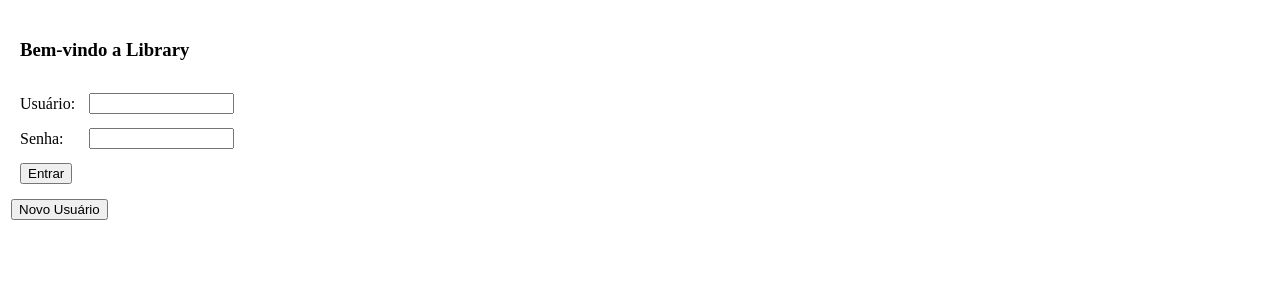
Repository: lmsmorais/ProjectEpiousion
Page: http://localhost/LibraryProject/
An editor plug-in stored every save of this project. The page is shown before and after the next save, followed by the edit.
The browser window is 1280 px wide. The pictures show the whole page.
The page is served by Tomcat 9. Other server files are loaded and not shown.

Above is the page before, as saved 2020-11-11 20:44:41.

### LibraryProject/WebContent/index.jsp
<%@ page language="java" contentType="text/html; charset=ISO-8859-1"
    pageEncoding="ISO-8859-1"%>
<!DOCTYPE html>
<html>
<head>
<meta charset="ISO-8859-1">
<title>Login</title>
	</head>
	<body>
		<form method="post" action='${pageContext.request.contextPath}/Login'>
			<table cellspacing="10" cellpadding="2" width="5%">
				<tr>
					<td colspan="2">
						<h3> Bem-vindo a Library</h3>
							<p>
					</td>
				</tr>
				<tr>
					<td>Usuário:</td>
					<td><input type="text" name="username" size="15"/></td>
				</tr>
				<tr>
					<td>Senha:</td>
					<td><input type="password" name="password" size="15"/></td>
				</tr>
				<tr>
					<td><button type="submit">Entrar</button></td>
				</tr>

			</table>
		</form>
		<form method="post" action='${pageContext.request.contextPath}/Login'>
		<table cellspacing="2" cellpadding="1" width="10%">
			<tr>
				<td><button type="submit">Novo Usuário</button></td>
			</tr>
		</table>
		</form>
	</body>
</html>

After the next save:
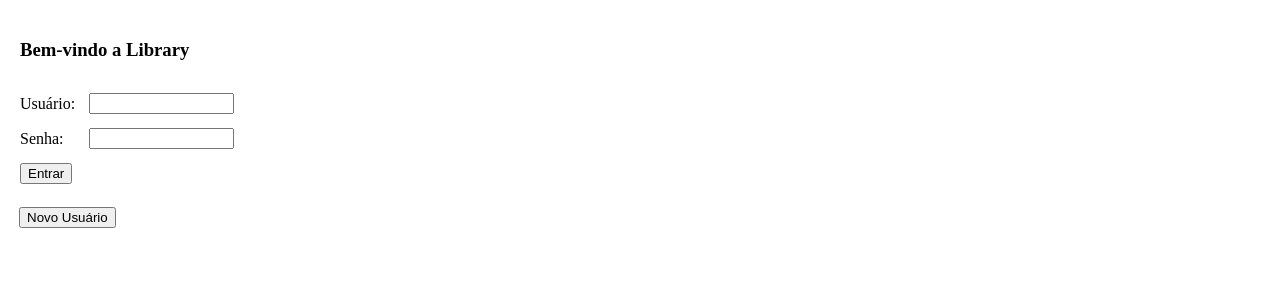
Saved 6 s later.
--- a/LibraryProject/WebContent/index.jsp
+++ b/LibraryProject/WebContent/index.jsp
@@ -30,7 +30,7 @@
 			</table>
 		</form>
 		<form method="post" action='${pageContext.request.contextPath}/Login'>
-		<table cellspacing="2" cellpadding="1" width="10%">
+		<table cellspacing="10" cellpadding="1" width="10%">
 			<tr>
 				<td><button type="submit">Novo Usuário</button></td>
 			</tr>
